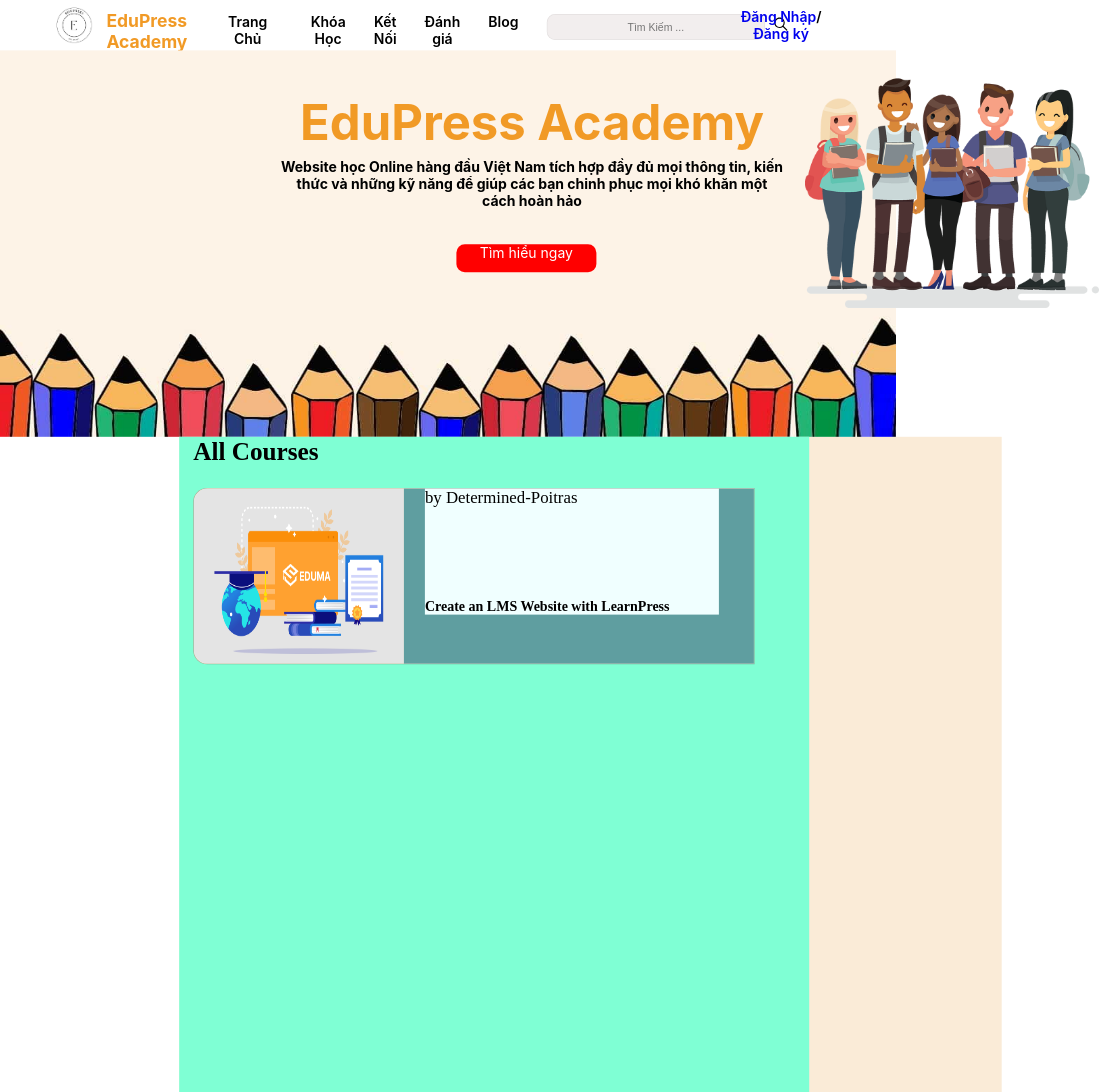
Repository: hieu1802/WebsiteEdupress
Page: /CouresPage (app in my-app/)
The author's editor kept a copy of each file at every save. The page is drawn from the files as they stood at one save, then again after the next save.
The browser window is 1280 px wide. The page is 1600 px wide, so the pictures cover 1600 px, including what lies to the right of the window. The pictures show the part of the page from y = 0 to 1560 px (the page is 2404 px tall), at 70% of full size.
The project was rebuilt for these pictures with package versions that can differ from the ones it lists, and the page was loaded fresh each time. Also part of the build but not shown: my-app/src/App.css, my-app/src/Components/data/FeaturedCoursesDaa.jsx, my-app/src/Components/data/topCategories.jsx, my-app/src/Components/HomePage/ContainerPage.jsx, my-app/src/Components/HomePage/HomePage.jsx, my-app/src/Components/Login/Login.css, my-app/src/Components/Modal/Modal.css, my-app/src/Components/Modal/Modal.jsx and 5 more.

Above is the page before, as saved 2024-08-15 18:14:08.

After the next save:
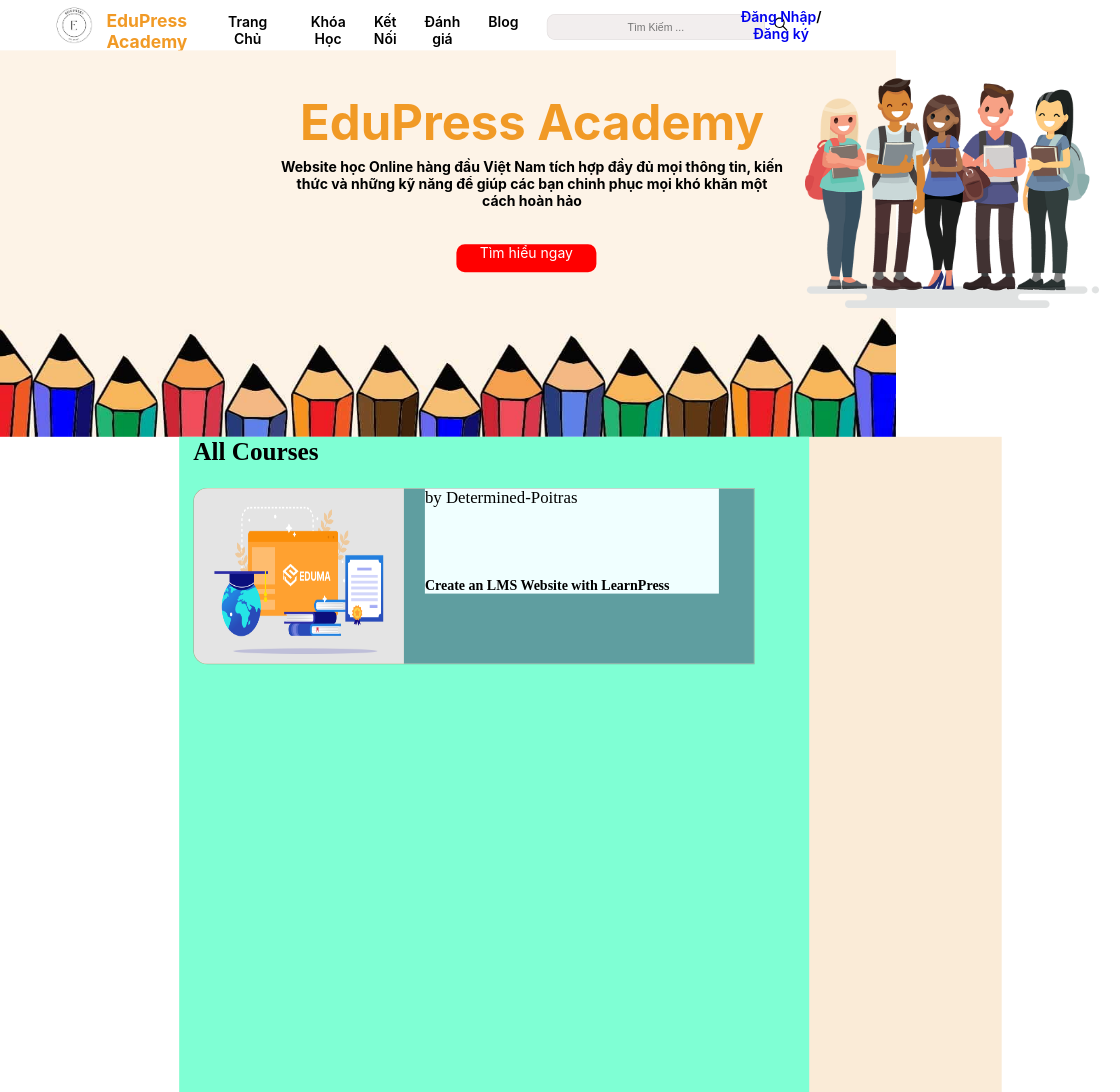
Saved 34 s later.
--- a/my-app/src/Components/CouresPage/Container.css
+++ b/my-app/src/Components/CouresPage/Container.css
@@ -54,7 +54,7 @@
 
 .text{
     width: 420px;
-    height: 180px;
+    height: 150px;
     background-color: azure;
     display: flex;
     margin-left: 30px;
